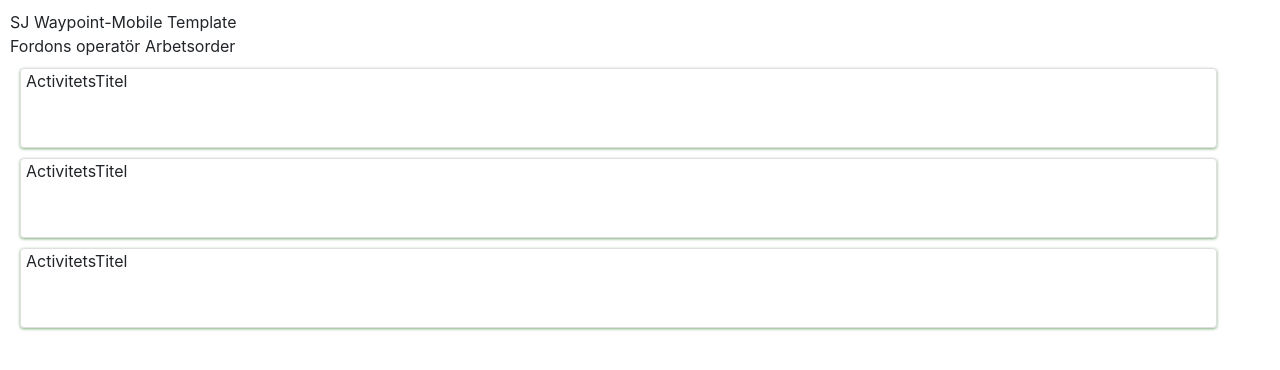
Repository: AdrianaLarsson/yarn-next-typescript
Page: /
These files come from the project's save history. The page is drawn as it stood at one moment and after a run of saves; the edit follows.
The browser window is 1280 px wide. The pictures show the whole page.
The project was rebuilt for these pictures with package versions that can differ from the ones it lists, and the page was loaded fresh each time. The framework's server and built-in components were replaced by stand-ins that run in the browser.

Above is the page before, as saved 2021-02-28 11:23:06.

After the next 2 saves:
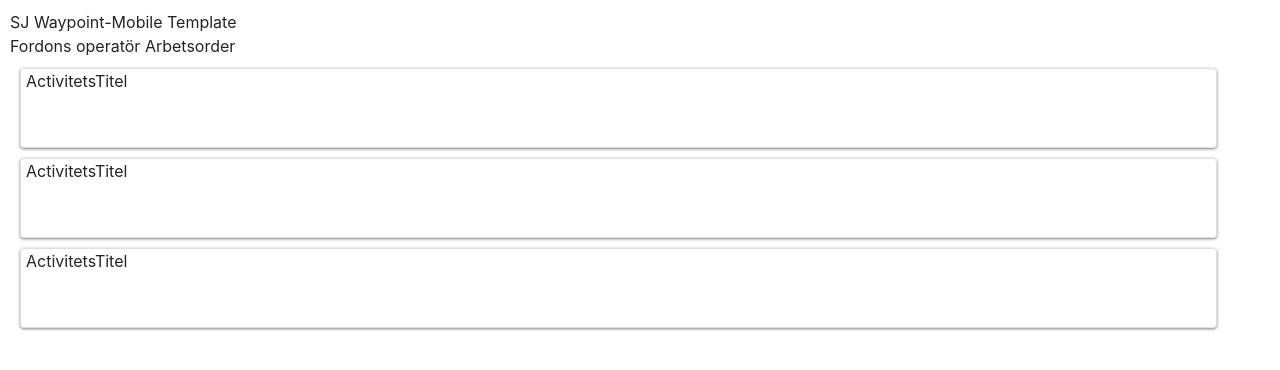
The 2 saves are shown as one change because they came seconds apart.
The last was saved 9 min 54 s later.
--- a/components/organisms/Card/Card.tsx
+++ b/components/organisms/Card/Card.tsx
@@ -10,7 +10,7 @@ width: 95%;
 margin: 10px;
 padding-left: 5px;
 background-color: rgba(0,0,0,0.0);
-box-shadow: 0 1px 3px 0 rgba(1.9, 100, 1, 0.5);
+box-shadow: 0 1px 3px 0 rgba(1.9, 0, 1, 0.5);
 border-radius: 4px;
 
 `;
